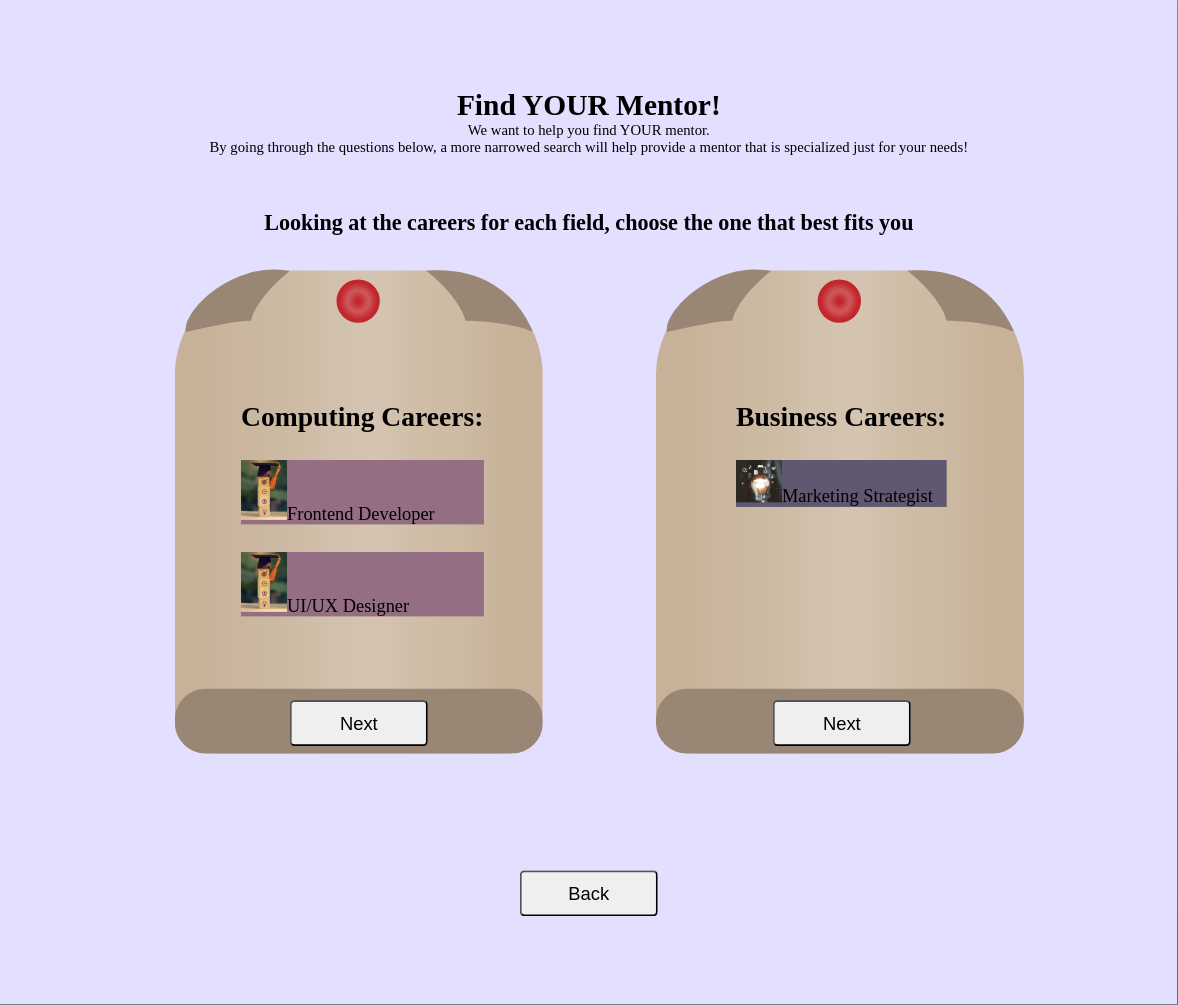
Repository: anikagrewal/week3example
Page: /about
An editor plug-in stored every save of this project. The page is shown before and after the next save, followed by the edit.
The browser window is 1280 px wide. The pictures show the whole page, at 92% of full size.
The project was rebuilt for these pictures with package versions that can differ from the ones it lists, and the page was loaded fresh each time. The framework's server and built-in components were replaced by stand-ins that run in the browser. Also part of the build but not shown: next.config.js.

Above is the page before, as saved 2023-01-23 15:10:51.

After the next save:
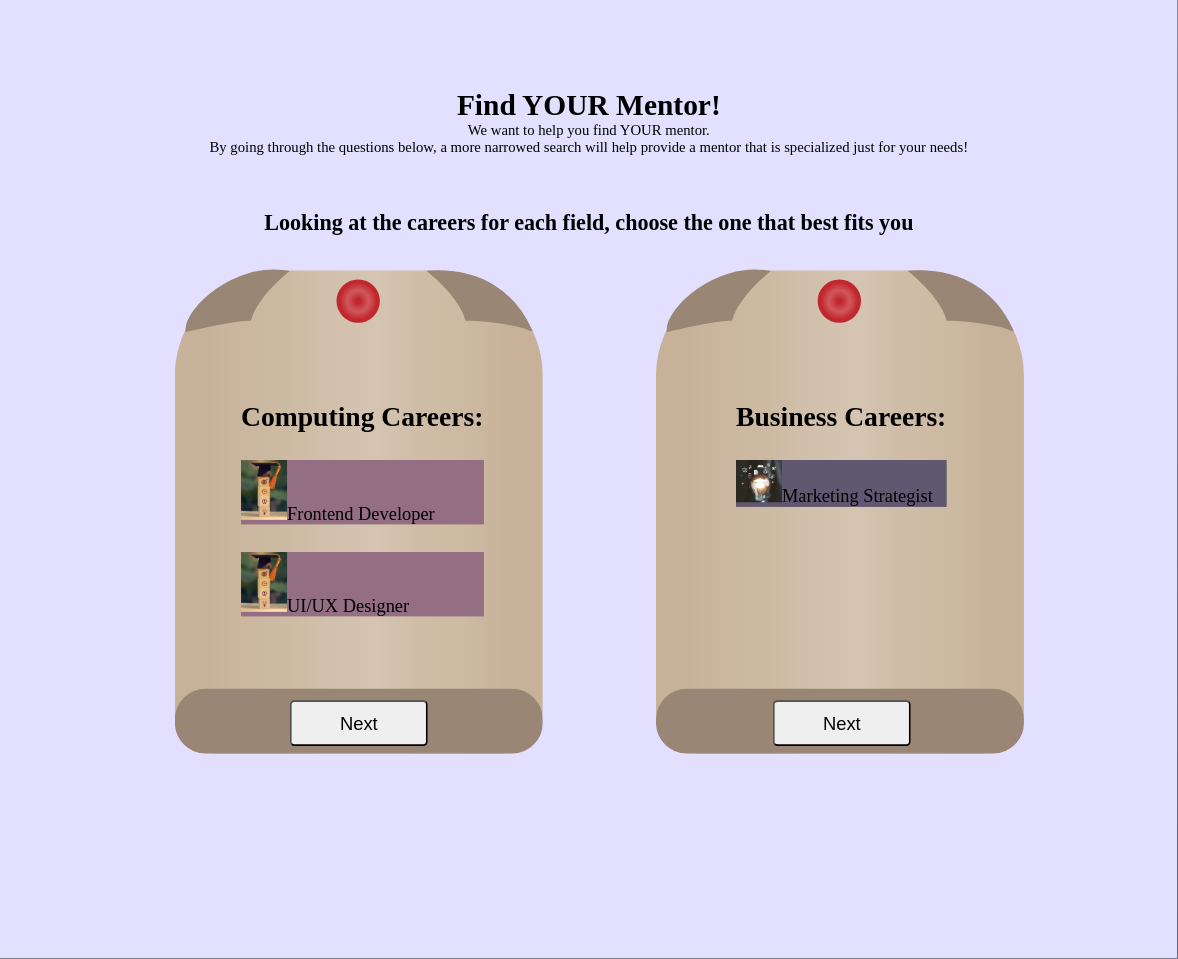
Saved 107 s later.
--- a/pages/about.js
+++ b/pages/about.js
@@ -89,7 +89,7 @@
 <button className={styles.nextbtnone}>Next</button>
 <button className={styles.nextbtntwo}>Next</button>
 </div>
-<button className={styles.back}> <Link href="index.js">Back</Link></button>
+
 </main>
 </>
     )
